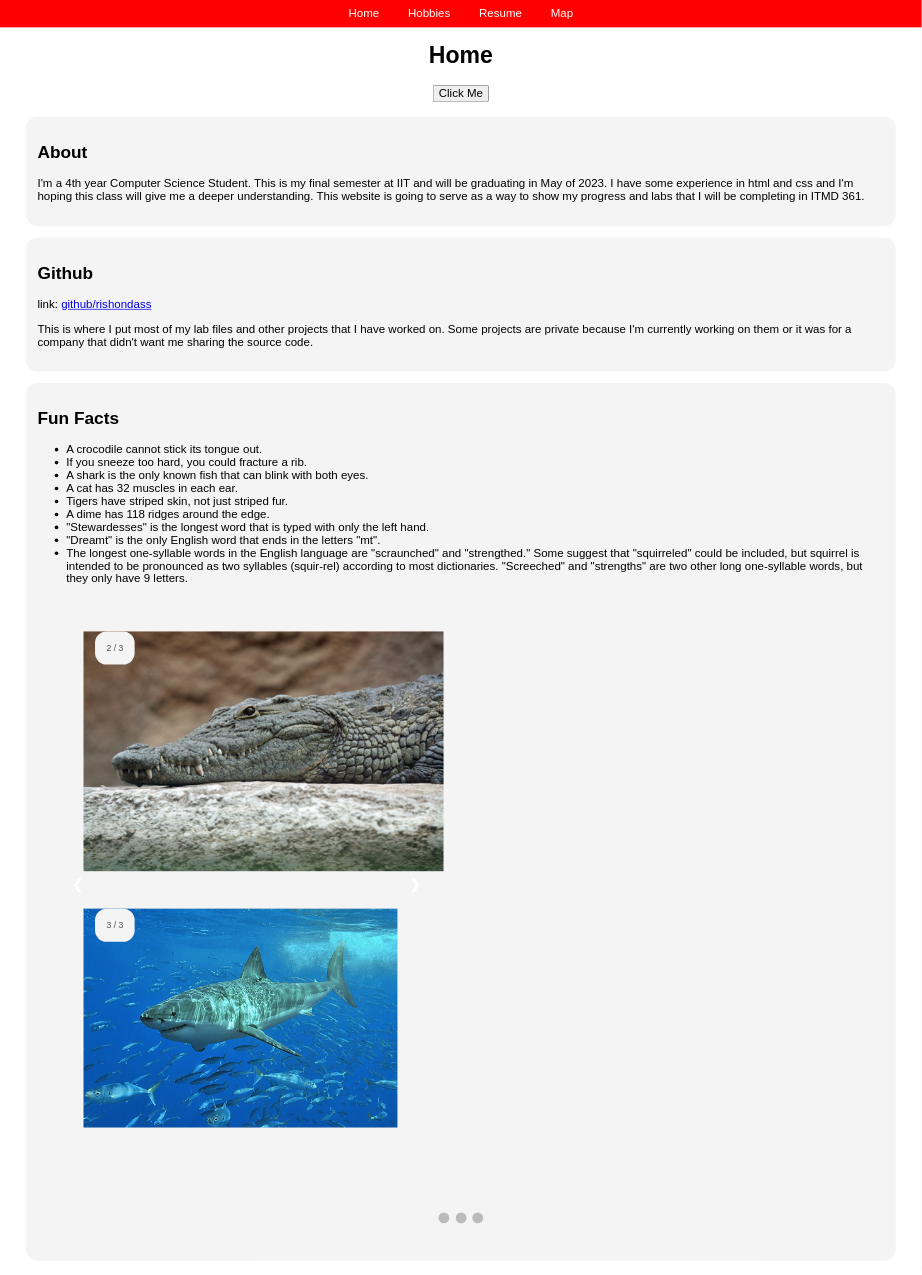
Repository: rishondass/ITMD361-Project3
Page: index.html
An editor plug-in stored every save of this project. The page is shown before and after a run of saves, followed by the edit.
The browser window is 1280 px wide. The pictures show the whole page, at 72% of full size.

Above is the page before, as saved 2023-04-28 18:28:54.
Console error: TypeError: Cannot read properties of undefined (reading 'style')

After the next 2 saves:
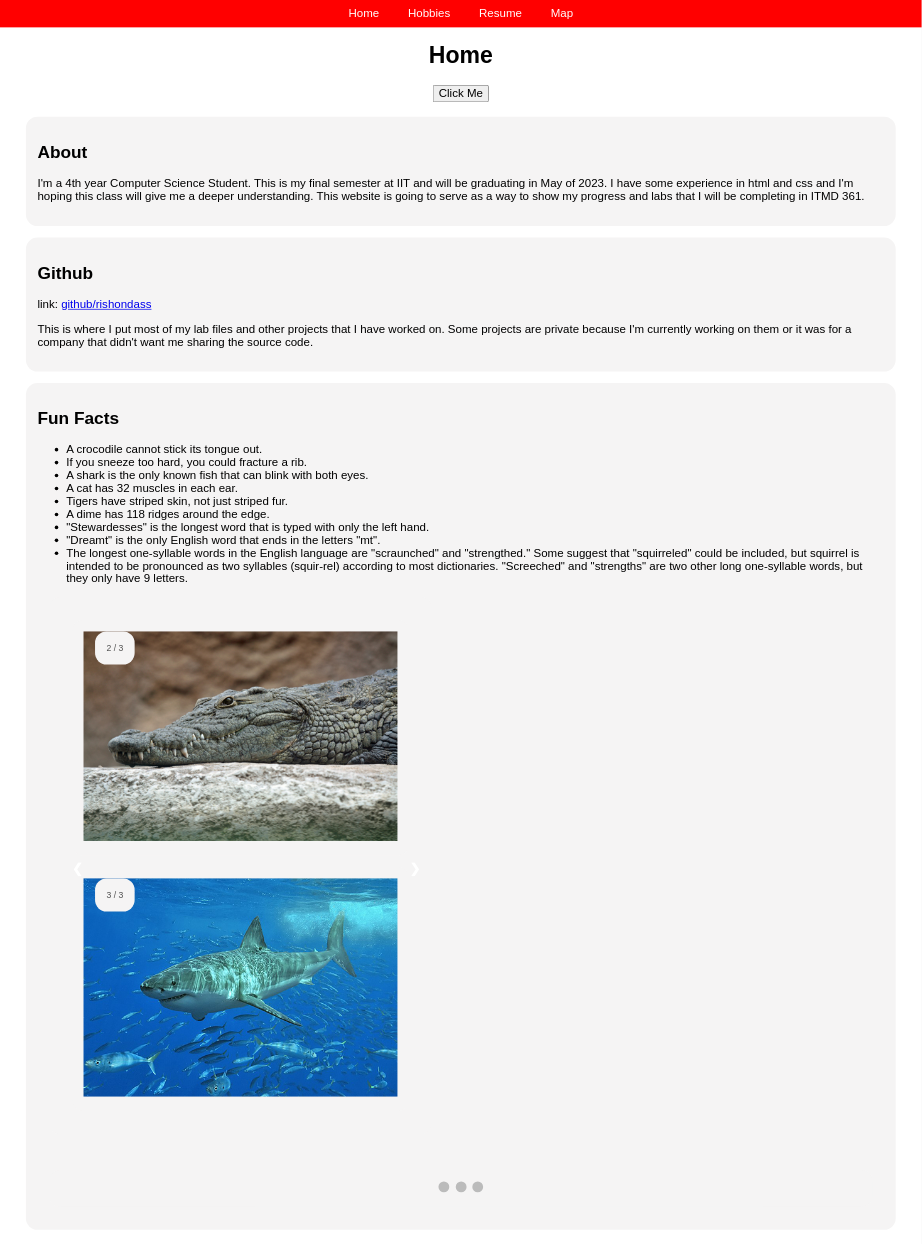
The 2 saves are shown as one change because they came seconds apart.
The last was saved 9 s later.
--- a/index.html
+++ b/index.html
@@ -91,12 +91,12 @@
       <div class="slideshow-container">
         <div class="mySlides fade">
           <div class="numbertext">1 / 3</div>
-          <img src="images/code.jpg" alt="image_of_code">
+          <img src="images/code.jpg" alt="image_of_code" style="width:100%">
         </div>
 
         <div class="slideshow-container">
           <div class="numbertext">2 / 3</div>
-          <img src="images/nile_crocodile_head.jpg" alt="image_of_crocodile">
+          <img src="images/nile_crocodile_head.jpg" alt="image_of_crocodile" style="width:100%">
         </div>
 
         <div class="slideshow-container">
